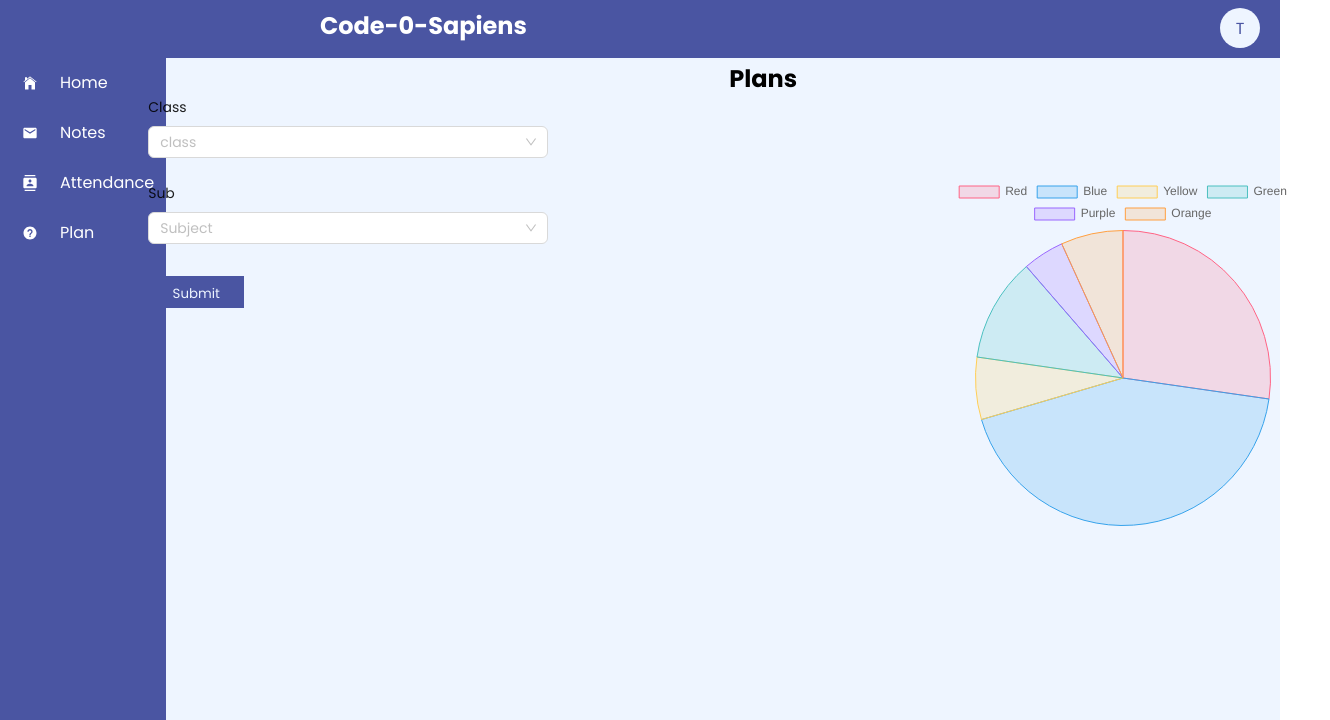
Repository: sinchana-P/code-0-sapiens
Page: /plans (app in client/)
These files come from the project's save history. The page is drawn as it stood at one moment and after the next save; the edit follows.
The browser window is 1280 px wide. The page is 1330 px wide, then 1290 px, so the pictures cover 1330 px, including what lies to the right of the window. The pictures show the whole page.
The project was rebuilt for these pictures with package versions that can differ from the ones it lists, and the page was loaded fresh each time. Also part of the build but not shown: client/src/components/auth/login/FormLayoutLogin.jsx, client/src/components/auth/login/Login.jsx, client/src/components/auth/register/FormLayoutRegister.jsx, client/src/components/auth/register/Register.jsx, client/src/components/homeScene/Home.jsx, client/src/components/notes/Notes.jsx, client/src/components/attendance/Attendance.jsx, client/src/components/profile/Profile.jsx and 5 more.

Above is the page before, as saved 2024-03-01 07:47:29.

### client/public/index.html
<!DOCTYPE html>
<html lang="en">
  <head>
    <meta charset="utf-8" />
    <link rel="icon" href="%PUBLIC_URL%/favicon.ico" />
    <meta name="viewport" content="width=device-width, initial-scale=1" />
    <meta name="theme-color" content="#000000" />
    <meta
      name="description"
      content="Web site created using create-react-app"
    />
    <link rel="apple-touch-icon" href="%PUBLIC_URL%/logo192.png" />
    <!--
      manifest.json provides metadata used when your web app is installed on a
      user's mobile device or desktop. See https://developers.google.com/web/fundamentals/web-app-manifest/
    -->
    <link rel="manifest" href="%PUBLIC_URL%/manifest.json" />
    <!--
      Notice the use of %PUBLIC_URL% in the tags above.
      It will be replaced with the URL of the `public` folder during the build.
      Only files inside the `public` folder can be referenced from the HTML.

      Unlike "/favicon.ico" or "favicon.ico", "%PUBLIC_URL%/favicon.ico" will
      work correctly both with client-side routing and a non-root public URL.
      Learn how to configure a non-root public URL by running `npm run build`.
    -->
    <link rel="preconnect" href="https://fonts.googleapis.com">
<link rel="preconnect" href="https://fonts.gstatic.com" crossorigin>
<link href="https://fonts.googleapis.com/css2?family=Poppins:ital,wght@0,100;0,200;0,300;0,400;0,500;0,600;0,700;0,800;0,900;1,100;1,200;1,300;1,400;1,500;1,600;1,700;1,800;1,900&display=swap" rel="stylesheet">
    <title>Code-0-Sapiens</title>
  </head>
  <body>
    <noscript>You need to enable JavaScript to run this app.</noscript>
    <div id="root"></div>
    <!--
      This HTML file is a template.
      If you open it directly in the browser, you will see an empty page.

      You can add webfonts, meta tags, or analytics to this file.
      The build step will place the bundled scripts into the <body> tag.

      To begin the development, run `npm start` or `yarn start`.
      To create a production bundle, use `npm run build` or `yarn build`.
    -->
  </body>
</html>

### client/src/index.js
import React from 'react';
import ReactDOM from 'react-dom/client';
import './index.css';
import App from './App';
import reportWebVitals from './reportWebVitals';
import { BrowserRouter } from 'react-router-dom'
import { apiSlice } from './api/apiSlice';
import {ApiProvider} from '@reduxjs/toolkit/query/react'

const root = ReactDOM.createRoot(document.getElementById('root'));
root.render(
  <BrowserRouter>
    <React.StrictMode>
      <ApiProvider api={apiSlice}>
        <App />
      </ApiProvider>
    </React.StrictMode>
  </BrowserRouter>,
);

// If you want to start measuring performance in your app, pass a function
// to log results (for example: reportWebVitals(console.log))
// or send to an analytics endpoint. Learn more: https://bit.ly/CRA-vitals
reportWebVitals();

### client/src/App.jsx

import './App.css';
import { useState } from 'react';
import { Routes, Route } from 'react-router-dom'
import Login from './components/auth/login/Login'
import Register from './components/auth/register/Register';
import Topbar from './components/global/topbar/Topbar';
import Sidebar from './components/global/sidebar/Sidebar';
import Home from './components/homeScene/Home';
import Notes from './components/notes/Notes';
import Plans from './components/plans/Plans';
import Attendance from './components/attendance/Attendance';
import Profile from './components/profile/Profile';
import StudentSidebar from './components/global/sidebar/StudentSidebar';
import StdHome from './components/stdHome/StdHome';
import StdAttendance from './components/stdAttendance/StdAttendance'
import StdNotes from './components/stdNotes/StdNotes';
import StdDoubts from './components/stdDoubts/StdDoubts';

function App() {
  const [userRole, setUserRole] = useState('Teacher')

  return (
    <div className="App">
      <div className='app-container'>

      <Topbar userRole={userRole}/>

        <div className='main-content'>
          <div className='left-content-container'>

          {
            userRole === 'Teacher' ? (<Sidebar /> ) : (<StudentSidebar /> )
          }

          </div>
          <div className='right-content-container'>
            <Routes>
              <Route path='/login' element={ <Login/> } />
              <Route path='/register' element={ <Register/> } />
              <Route path='/home' element={ <Home/> } />
              <Route path='/notes' element={ <Notes/> } />
              <Route path='/attendance' element={ <Attendance/> } />
              <Route path='/plans' element={ <Plans/> } />
              {/* <Route path='/profile' element={ <Profile/> } /> */}
              <Route path='/student' element={ <StdHome/> } />
              <Route path='/student/attendance' element={ <StdAttendance/> } />
              <Route path='/student/attendance' element={ <StdNotes/> } />
              <Route path='/student/attendance' element={ <StdDoubts/> } />
            </Routes>
          </div>
        </div>
      </div>

    </div>
  );
}

export default App;

### client/src/api/apiSlice.js
import {createApi,fetchBaseQuery} from '@reduxjs/toolkit/query/react'


export const apiSlice = createApi({
       reducerPath:"api",
       baseQuery:fetchBaseQuery({baseUrl:""}),
       tagTypes:['auth', 'student'],
       endpoints:(builder)=>({
        register: builder.mutation({
            query: (data) => ({
                url: '/register',
                method: "POST",
                body: data
            }),
            invalidatesTags:['auth']
        }),
        login: builder.mutation({
            query: (data) => ({
                url: '/login',
                method: "POST",
                body: data
            }),
            invalidatesTags:['auth']
        }),
            //   getTodos:builder.query({
            //          query:()=>'/auth',
            //          transformResponse: (res: Todo[]) =>  {
            //                 // Ensure res is an array before sorting
            //                 console.log(res);

            //                 if (Array.isArray(res)) {
            //                     return res.sort((a, b) => b.id - a.id);
            //                 } else {
            //                     return res;
            //                 }
            //             },

            //          providesTags:['todos']
            //   }),
            //   addTodo:builder.mutation({
            //          query:(todo)=>({
            //                 url:'/todos',
            //                 method:"POST",
            //                 body:todo
            //          }),
            //          invalidatesTags:['todos']
            //   }),
            //   updateTodo:builder.mutation({
            //          query:(todo)=>({
            //                 url:/todos/${todo.id},
            //                 method:'PATCH',
            //                 body:todo
            //          }),
            //          invalidatesTags:['todos']
            //   }),
            //   deleteTodo:builder.mutation({
            //          query:(id)=>({

            //                 url:/todos/${id},
            //                 method:'DELETE',
            //                 body:id
            //          }),
            //          invalidatesTags:['todos']
            //   })

       })
})

export const { useRegisterMutation,useLoginMutation } = apiSlice

### client/src/App.css
@import url('https://fonts.googleapis.com/css2?family=Poppins:ital,wght@0,100;0,200;0,300;0,400;0,500;0,600;0,700;0,800;0,900;1,100;1,200;1,300;1,400;1,500;1,600;1,700;1,800;1,900&display=swap');

* {
  font-family: "Poppins", sans-serif;
}

/* --- */
.full-width-container {
  width: 100%;
  display: flex;
  justify-content: center;
  align-items: center;
}
/* --- */

.right-content-container {
  background-color: #EEF5FF;
  display: flex;
  align-items: start;
  justify-content: center;
}

.app-container {
  display: flex;
  flex-direction: column;
}

.main-content {
  display: flex;
  flex-direction: row;
}

.left-content-container {
  width: 13vw;
}

.right-content-container {
  width: 87vw;

}

### client/src/components/global/topbar/Topbar.jsx
import React, {useState} from 'react'
import './Topbar.css'

const Topbar = ({userRole}) => {
  // const [userRole, setUserRole] = useState('Teacher')

  return (
    <div className='topbar-container'>
        <h2 style={{textAlign: 'left'}} className='logo-text'>Code-0-Sapiens</h2>

        <div className='profile-div'>
          {userRole === 'Teacher' ? 'T' : (userRole === 'Student' ? 'S' : '')}
        </div>
    </div>
  )
}

export default Topbar

### client/src/components/global/sidebar/Sidebar.jsx
import './Sidebar.css'
import { SidebarData } from './SidebarData';
import { Link, NavLink } from 'react-router-dom';


const Sidebar=()=> {
  return (
    <div className='sidebar'>
       <ul className='sidebarList'>
        {
        SidebarData.map((value,key)=>{
            return (
              <NavLink to={value.route} key={key} className='row' >
                <div id='icon'>{value.icon}</div>
                <div id='title'>{value.title}</div>
              </NavLink>
            )
        })
        }
       </ul>
    </div>
  )
}

export default Sidebar

### client/src/components/plans/Plans.jsx
import React, {useState} from 'react';
import { Form, Select, Checkbox } from 'antd';
import './Plans.css'
import { Chart as ChartJS, ArcElement, Tooltip, Legend } from 'chart.js';
import { Pie } from 'react-chartjs-2';


const SidebarData = [
  {
    cls_id: '8',
    sub_id: '1',
    mod_id: 'Module 1',
    chp_id: 'Chapter 1',
    completed: true
  },
  {
    cls_id: '8',
    sub_id: '1',
    mod_id: 'Module 1',
    chp_id: 'Chapter 2',
    completed: false
  },
  {
    cls_id: '8',
    sub_id: '1',
    mod_id: 'Module 1',
    chp_id: 'Chapter 3',
    completed: true
  },
  {
    cls_id: '8',
    sub_id: '1',
    mod_id: 'Module 1',
    chp_id: 'Chapter 4',
    completed: false
  },
  {
    cls_id: '8',
    sub_id: '1',
    mod_id: 'Module 1',
    chp_id: 'Chapter 5',
    completed: true
  },
  {
    cls_id: '8',
    sub_id: '1',
    mod_id: 'Module 2',
    chp_id: 'Chapter 1',
    completed: false
  },
  {
    cls_id: '8',
    sub_id: '1',
    mod_id: 'Module 2',
    chp_id: 'Chapter 2',
    completed: true
  },
  {
    cls_id: '8',
    sub_id: '1',
    mod_id: 'Module 2',
    chp_id: 'Chapter 3',
    completed: true
  },
  {
    cls_id: '8',
    sub_id: '1',
    mod_id: 'Module 2',
    chp_id: 'Chapter 4',
    completed: true
  },
  {
    cls_id: '8',
    sub_id: '1',
    mod_id: 'Module 2',
    chp_id: 'Chapter 5',
    completed: true
  }
];

const CheckboxGroup = Checkbox.Group;
ChartJS.register(ArcElement, Tooltip, Legend);

const Plans = () => {

    const [isSubmit, setIsSubmit] = useState(false)

    const data = {
      labels: ['Red', 'Blue', 'Yellow', 'Green', 'Purple', 'Orange'],
      datasets: [
        {
          label: '# of Votes',
          data: [12, 19, 3, 5, 2, 3],
          backgroundColor: [
            'rgba(255, 99, 132, 0.2)',
            'rgba(54, 162, 235, 0.2)',
            'rgba(255, 206, 86, 0.2)',
            'rgba(75, 192, 192, 0.2)',
            'rgba(153, 102, 255, 0.2)',
            'rgba(255, 159, 64, 0.2)',
          ],
          borderColor: [
            'rgba(255, 99, 132, 1)',
            'rgba(54, 162, 235, 1)',
            'rgba(255, 206, 86, 1)',
            'rgba(75, 192, 192, 1)',
            'rgba(153, 102, 255, 1)',
            'rgba(255, 159, 64, 1)',
          ],
          borderWidth: 1,
        },
      ],
    };

  // Grouping chapters by module
  const groupedChapters = SidebarData.reduce((acc, curr) => {
    const { mod_id, chp_id } = curr;
    if (!acc[mod_id]) {
      acc[mod_id] = [];
    }
    acc[mod_id].push(chp_id);
    console.log('acc');
    console.log(acc);
    return acc;
  }, {});

  const handleSubmit = () => {
    setIsSubmit(true)
  }

  return (
    <div className='plans-main'>
      <h2 className='heading'>Plans</h2>

         <div className='plans-container'>
            <div className='plans-container-left'>
                <Form
                layout="vertical"
                name="basic"
                labelCol={{ span: 8 }}
                wrapperCol={{ span: 16 }}
                style={{ maxWidth: 600 }}
                initialValues={{ remember: true }}
                autoComplete="off"
            >
                <Form.Item label="Class" rules={[{ required: true, message: 'Please select class!' }]}>
                <Select placeholder="class">
                    <Select.Option value="class8">Class 8</Select.Option>
                    <Select.Option value="class9">Class 9</Select.Option>
                    <Select.Option value="class10">Class 10</Select.Option>
                </Select>
                </Form.Item>
                <Form.Item label="Sub" rules={[{ required: true, message: 'Please select class!' }]}>
                <Select placeholder="Subject">
                    <Select.Option value="maths">Maths</Select.Option>
                    <Select.Option value="science">Science</Select.Option>
                    <Select.Option value="social">Social</Select.Option>
                </Select>
                </Form.Item>
                </Form>

                <button style={{ width: '6rem', height: '2rem', textAlign: 'center' }} onClick={handleSubmit}>Submit</button>

                <div>
                    {isSubmit && (
                        <>
                        {Object.keys(groupedChapters).map((module, index) => (

                          <div key={index} className='module-chapters-checkbox'>
                          <h3>{module}</h3>
                          <CheckboxGroup>
                              {groupedChapters[module].map((chapter, i) => (
                              <Checkbox checked key={i} value={chapter} style={{width: '100px'}} >
                                  {chapter}
                              </Checkbox>
                              ))}
                          </CheckboxGroup>

                          </div>

                      ))}
                      <button>Update Plan</button>
                        </>
                    )}
                </div>
            </div>

            <div style={{width:'350px', height: '350px'}} className='plans-container-right'>
              <Pie
                data={data}
                width={50}
                height={50}
              />
            </div>
         </div>





    </div>



  );
}

export default Plans;

### client/src/components/auth/login/Login.css
.login-container{
    padding: 1rem 0;
    /* background-color: pink; */
    width: 50vw;

}

h2 {
    text-align: center;
    margin-left: 20rem;
}

### client/src/components/auth/register/Register.css
.register-container{
    padding: 1rem 0;
    /* background-color: pink; */
    width: 50vw;

}

h2 {
    text-align: center;
    margin-left: 20rem;
}

### client/src/components/global/topbar/Topbar.css
.topbar-container {
    background-color: #4A55A2;
    min-width: 95vw;
    height: 4rem;
    display: flex;
    flex-direction: row;
    justify-content: space-between;
}

.profile-div {
    background-color: #EEF5FF;
    color: #4a55a2;
    width: 40px;
    height: 40px;
    border-radius: 50%;
    display: flex;
    justify-content: center;
    align-items: center;
    margin-top: 8px;
    margin-right: 20px;
}

.logo-text {
    color: white;
    /* text-align: center; */
    margin-top: 0.5rem;
}

### client/src/components/global/sidebar/Sidebar.css
*{
    margin: 0;
    padding: 0;
  }
  .App{
    width: 100vw;
    height: 100vh;
    display: flex;
  }

  .sidebar{
    height: 92vh;
    width: 200px;
    background-color: #4A55A2;
  }

  .sidebarList{
    height: auto;
    width: 100%;
    padding: 0;
  }

  .sidebarList .row{
    width: 100%;
    height: 50px;
    list-style-type: none;
    margin: 0;
    display: flex;
    flex-direction: row;
    color: white;
    justify-content: center;
    align-items: center;
    text-decoration: none;
  }

  .sidebarList .row:hover{
    cursor: pointer;
    background-color: #EEF5FF;
    color: black;

  }

  .row #icon{
    flex: 30%;
    display: grid;
    place-items: center;
  }

  .row #title{
    flex: 70%;
  }

  .row .active {
    background-color: #EEF5FF;
    color: black;
  }

### client/src/components/global/sidebar/SidebarData.js
import { IoIosHome,IoMdHelpCircle } from "react-icons/io";
import { MdEmail,MdContacts } from "react-icons/md";
import { FaRegCalendarCheck } from "react-icons/fa";


export const SidebarData=[
       {
              title:"Home",
              icon:<IoIosHome />,
              route:"/"
       },
       {
              title:"Notes",
              icon:<MdEmail />,
              route:"/notes"
       },
       {
              title:"Attendance",
              icon:<MdContacts />,
              route:"/attendance"
       },
       {
              title:"Plan",
              icon:<IoMdHelpCircle />,
              route:"/plans"
       },
       // {
       //        title:"Profile",
       //        icon:<FaRegCalendarCheck />,
       //        route:"/profile"
       // },
]

### client/src/components/notes/Notes.css
.notes-main {
    width: 87vw;
}

.heading {
    margin-left: 28rem;
}

.notes-container{
    margin: 1rem 18rem;
}

.notes-form-container {
    padding: 1rem 0;
}

.notes-upload-main {
    display: flex;
    flex-direction: row;
}


.notes-upload-container {
    display: flex;
    flex-direction: column;
}

.notes-pdf, .notes-link {
    display: flex;
    flex-direction: row;
    padding: 0.5rem 0;
}

.notes-upload-container {
    padding: 0rem 1rem;
}

p{
    font-weight: bold;
}

### client/src/components/plans/Plans.css
.plans-main{
    /* width: 90vw; */
    padding: 0.2rem 2rem;
    /* background-color: pink; */
    /* max-height: 90vh; */

}

.module-chapters-checkbox {
    display: flex;
    flex-direction: column;
    justify-content: start;
}

.heading {
    margin-left: 5rem;
}

.plans-container {
    display: flex;
    flex-direction: row;
    /* justify-content: space-evenly; */

}

.plans-container-left {
    display: flex;
    flex-direction: column;
    width: 50rem;
    /* background-color: green; */
}
.plans-container-right {
    display: flex;
    flex-direction: column;
    width: 40rem;
    margin-top: 5rem;
    /* background-color: rgb(13, 0, 128); */
}

### client/src/components/attendance/Attendance.css
.attendance-main {
    /* background-color: pink; */
    width: 80vw;
}

.attendance-class {
    /* background-color: pink; */
}

.attendance-class-inputs-container {
    display: flex;
    flex-direction: row;
    min-width: 80vw;
}

.attendance-class-each {
    width: 15rem;
    margin: 2rem;
}

button {
    background-color: #4a55a2;
    color: #EEF5FF;
    border: none;
    padding: 0.5rem 1rem;
    margin: 0.5rem 0;
}

button:hover {
    background-color: #b9cae3;
    color: #4a55a2;
    cursor: pointer;
}

### client/src/components/global/sidebar/StudentSidebarData.js
import { IoIosHome,IoMdHelpCircle } from "react-icons/io";
import { MdEmail,MdContacts } from "react-icons/md";
import { FaRegCalendarCheck } from "react-icons/fa";


export const StudentSidebarData=[
       {
              title:"Home",
              icon:<IoIosHome />,
              route:"/student"
       },
       {
              title:"Attendance",
              icon:<MdEmail />,
              route:"/student/attendance"
       },
       {
              title:"Notes",
              icon:<MdContacts />,
              route:"/student/notes"
       },
       {
              title:"Doubts",
              icon:<IoMdHelpCircle />,
              route:"/student/doubts"
       },
       // {
       //        title:"Profile",
       //        icon:<FaRegCalendarCheck />,
       //        route:"/profile"
       // },
]

### client/src/components/stdAttendance/StdAttendance.css
.attendance-main {
    /* background-color: pink; */
    width: 87vw;
    padding: 1rem 20rem;
}

.attendance-class {
    /* background-color: pink; */
}

.attendance-class-inputs-container {
    display: flex;
    flex-direction: row;
    min-width: 80vw;
}

.attendance-class-each {
    width: 15rem;
    margin: 2rem;
}

button {
    background-color: #4a55a2;
    color: #EEF5FF;
    border: none;
    padding: 0.5rem 1rem;
    margin: 0.5rem 0;
}

button:hover {
    background-color: #b9cae3;
    color: #4a55a2;
    cursor: pointer;
}

.header {
    margin: 1rem 5rem;
}

Loaded but not shown: client/src/index.css (common file); client/src/reportWebVitals.js (common file)

After the next save:
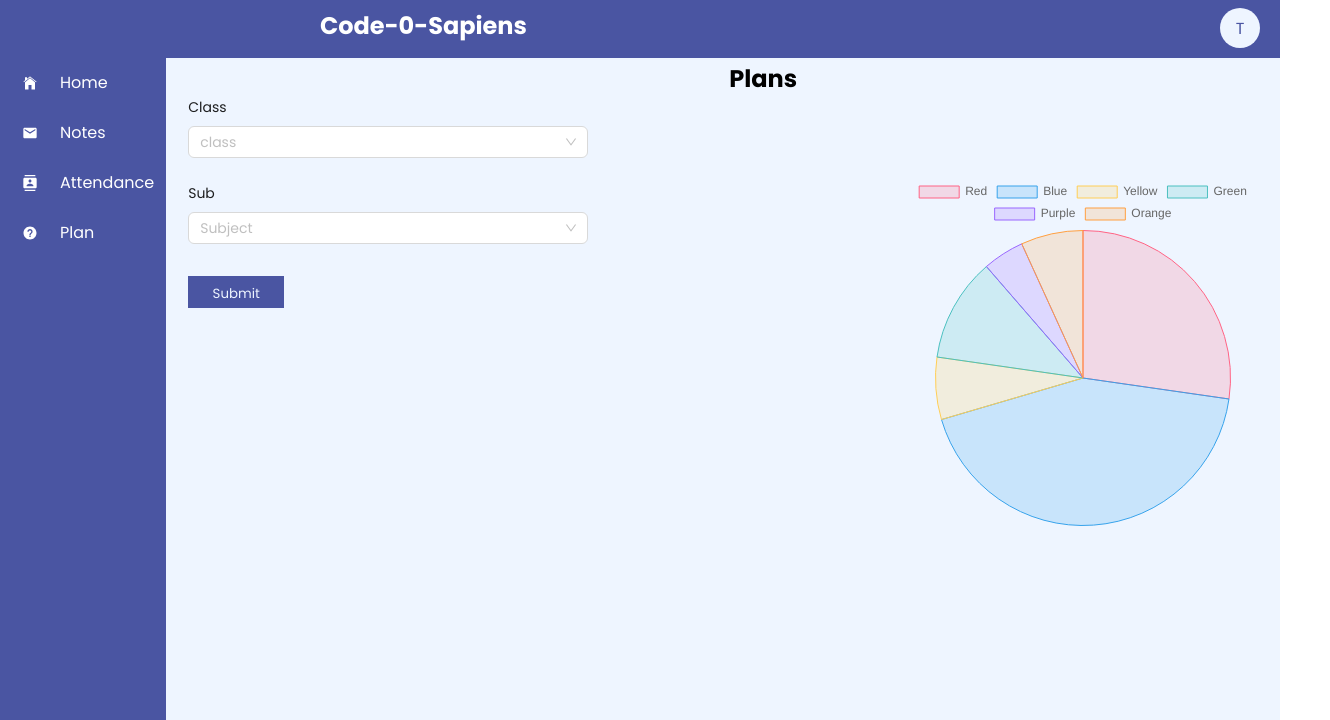
Saved 8 s later.
--- a/client/src/components/plans/Plans.css
+++ b/client/src/components/plans/Plans.css
@@ -26,7 +26,7 @@
 .plans-container-left {
     display: flex;
     flex-direction: column;
-    width: 50rem;
+    width: 45rem;
     /* background-color: green; */
 }
 .plans-container-right {
